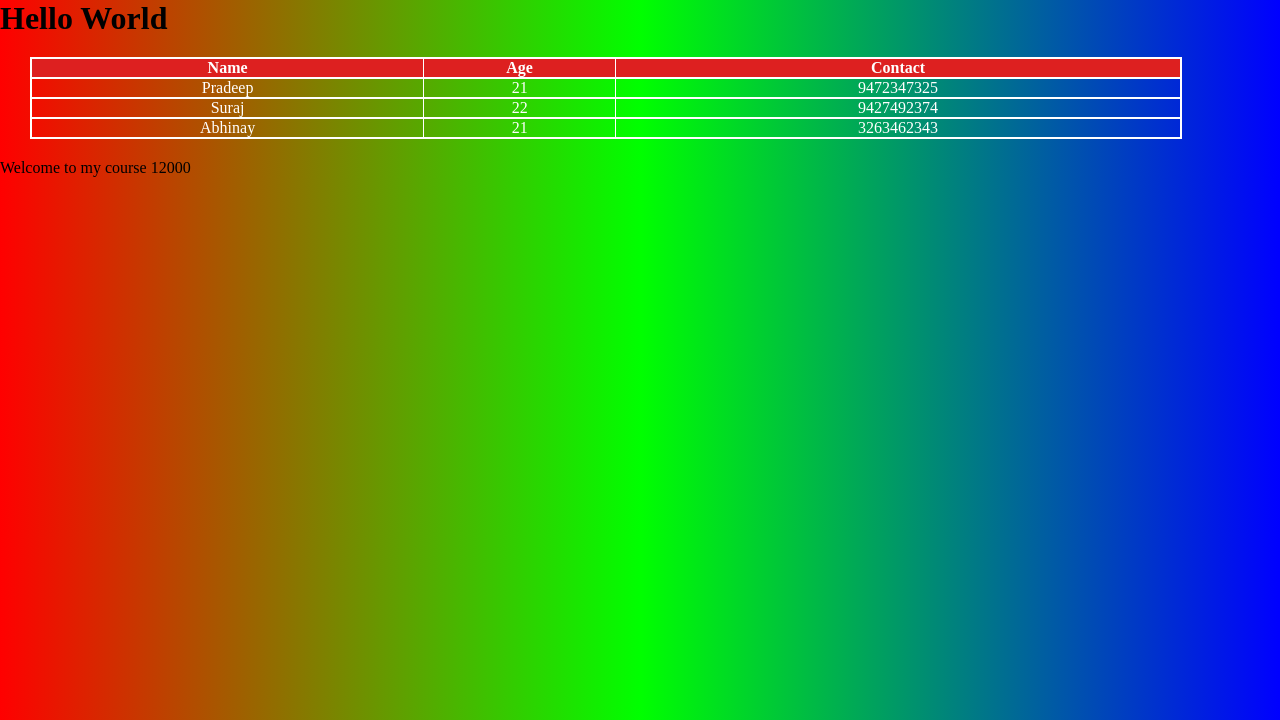
Repository: Pradeep4802/utopiatech
Page: http://localhost/OwnServlet/
An editor plug-in stored every save of this project. The page is shown before and after the next save, followed by the edit.
The browser window is 1280 px wide. The pictures show the whole page.
The page is served by Tomcat 9. Other server files are loaded and not shown.

Above is the page before, as saved 2023-10-09 14:13:48.

### eclipse-workspace/OwnServlet/src/main/webapp/index.jsp
<%@ page language="java" contentType="text/html; charset=UTF-8"
	pageEncoding="UTF-8"%>
<%@ taglib uri="http://java.sun.com/jsp/jstl/core" prefix="c" %>
<!DOCTYPE html>
<html lang="en">
<head>
<meta charset="UTF-8" />
<meta name="viewport" content="width=device-width, initial-scale=1.0" />
<title>BAsic</title>
<style>
* {
	margin: 0;
	padding: 0;
	box-sizing: border-box;
}

body {
	background: linear-gradient(to right, #ff0000, #00ff00, #0000ff);
	overflow-x: hidden;
}

table {
	border-collapse: collapse;
	/* border-spacing: 15px; */
	width: 90%;
	margin: 20px 30px;
	color: white;
	border: 2px solid white;
}

table tbody tr {
	border: 2px solid white;
}

table thead {
	background-color: rgb(221, 32, 32);
}

table td {
	text-align: center;
}
</style>
</head>
<body>
	<h1>Hello World</h1>

	<table border="1">
		<thead>
			<tr>
				<th>Name</th>
				<th>Age</th>
				<th>Contact</th>
			</tr>
		</thead>

		<tbody>
			<tr>
				<td>Pradeep</td>
				<td>21</td>
				<td>9472347325</td>
			</tr>
			<t>
			<td>Suraj</td>
			<td>22</td>
			<td>9427492374</td>
			</t>
			<tr>
				<td>Abhinay</td>
				<td>21</td>
				<td>3263462343</td>
			</tr>
		</tbody>
	</table>

	<c:out value="Welcome to my course" />
	<c:set var="num" value="${12000}" />
	<c:out value="${num }" />
</body>
</html>

After the next save:
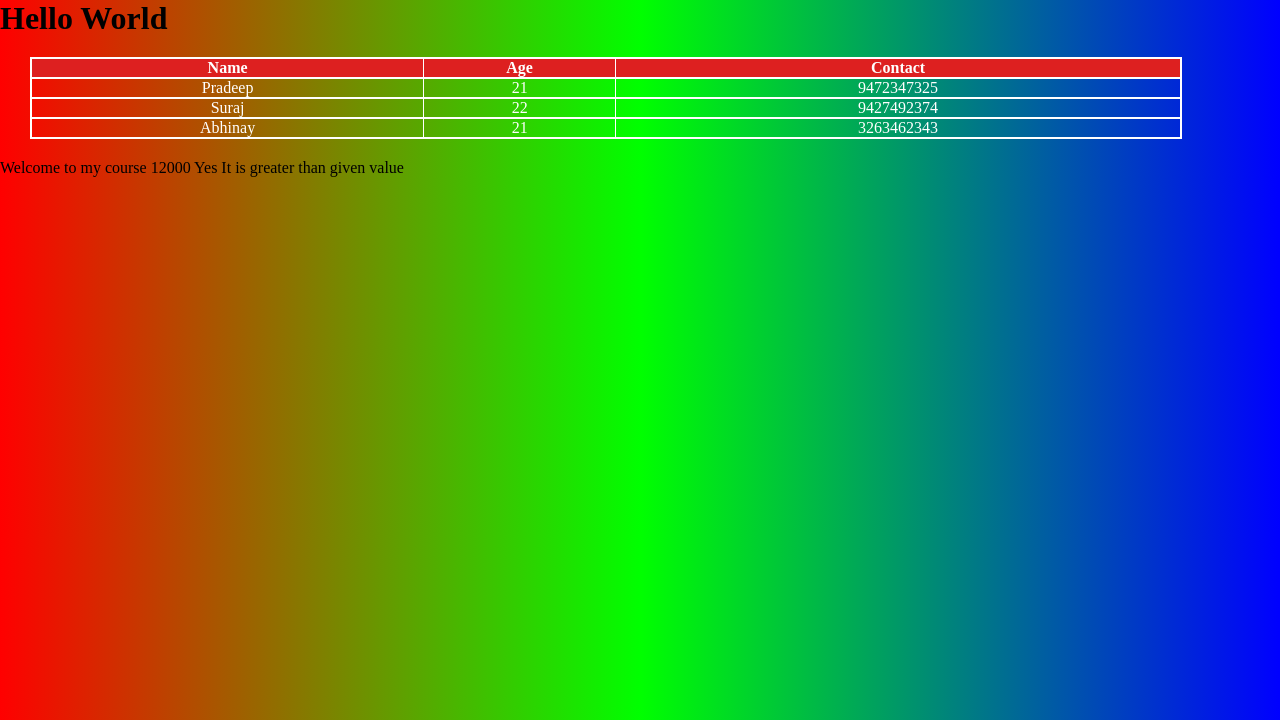
Saved 73 s later.
--- a/eclipse-workspace/OwnServlet/src/main/webapp/index.jsp
+++ b/eclipse-workspace/OwnServlet/src/main/webapp/index.jsp
@@ -75,5 +75,6 @@ table td {
 	<c:out value="Welcome to my course" />
 	<c:set var="num" value="${12000}" />
 	<c:out value="${num }" />
+	<c:if test="${num > 10000}">Yes It is greater than given value</c:if>
 </body>
 </html>
